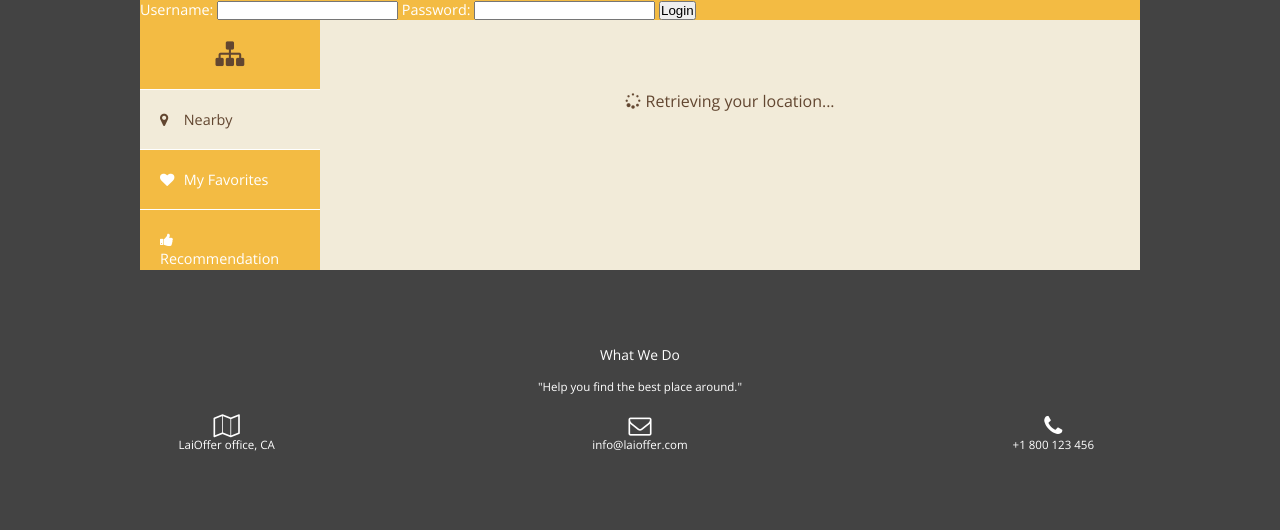
Repository: zhongnansu/ticketplus
Page: http://localhost/Titan/
The author's editor kept a copy of each file at every save. The page is drawn from the files as they stood at one save, then again after the next save.
The browser window is 1280 px wide. The pictures show the part of the page from y = 310 to 1065 px (the page is 840 px tall before and 1065 px after).
Some web libraries are served in a nearby version. The page is served by Tomcat 9.

Above is the page before, as saved 2018-02-04 00:56:54.

After the next save:
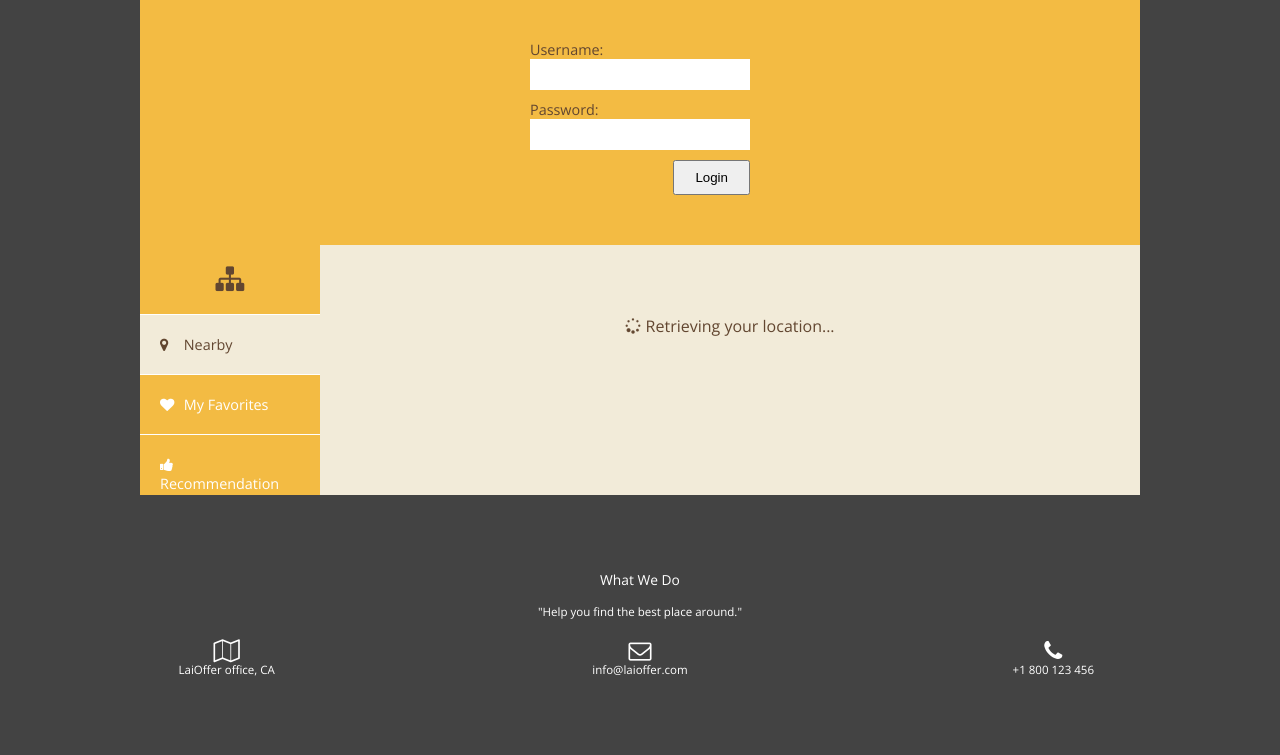
Saved 30 s later.
--- a/Titan/WebContent/styles/main.css
+++ b/Titan/WebContent/styles/main.css
@@ -96,6 +96,43 @@ ul {
 	color: #FBAF41;
 }
 
+
+/**
+ * login form
+ */
+#login-form {
+  color: #624630;
+  margin: 0px auto;
+  overflow: auto;
+  padding: 40px;
+  width: 300px;
+}
+
+#login-form label {
+  display: block;
+}
+
+#login-form input {
+  border: none;
+  display: block;
+  margin-bottom: 10px;
+  padding: 8px;
+  width: 100%;
+}
+
+#login-form button {
+  cursor: pointer;
+  float: right;
+  padding: 8px 20px;
+  text-align: right;
+}
+
+#login-error {
+  clear: both;
+  color: #990000;
+  padding-top: 10px;
+}
+
 /**
  * main section
  */
